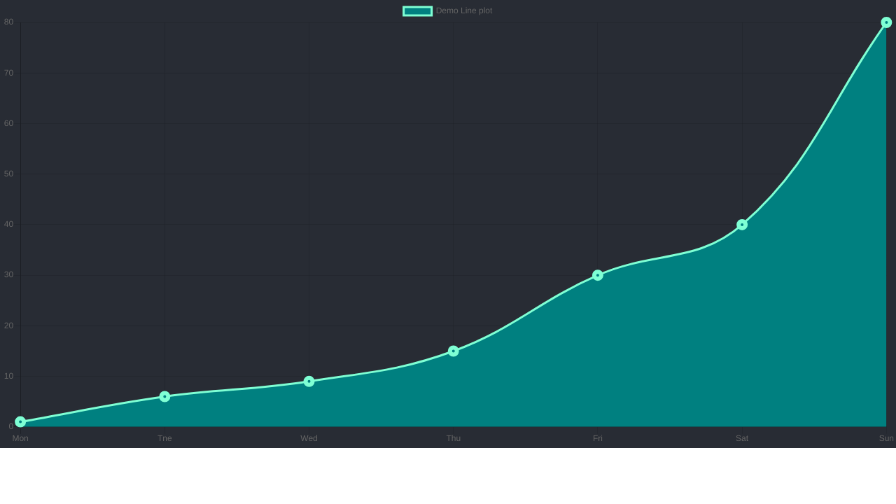
Repository: ShunsukeTanizaki/COVID19-Live
Page: /
The author's editor kept a copy of each file at every save. The page is drawn from the files as they stood at one save, then again after the next save.
The browser window is 1280 px wide. The pictures show the whole page, at 70% of full size.
The project was rebuilt for these pictures with package versions that can differ from the ones it lists, and the page was loaded fresh each time.

Above is the page before, as saved 2020-11-05 23:51:58.

After the next save:
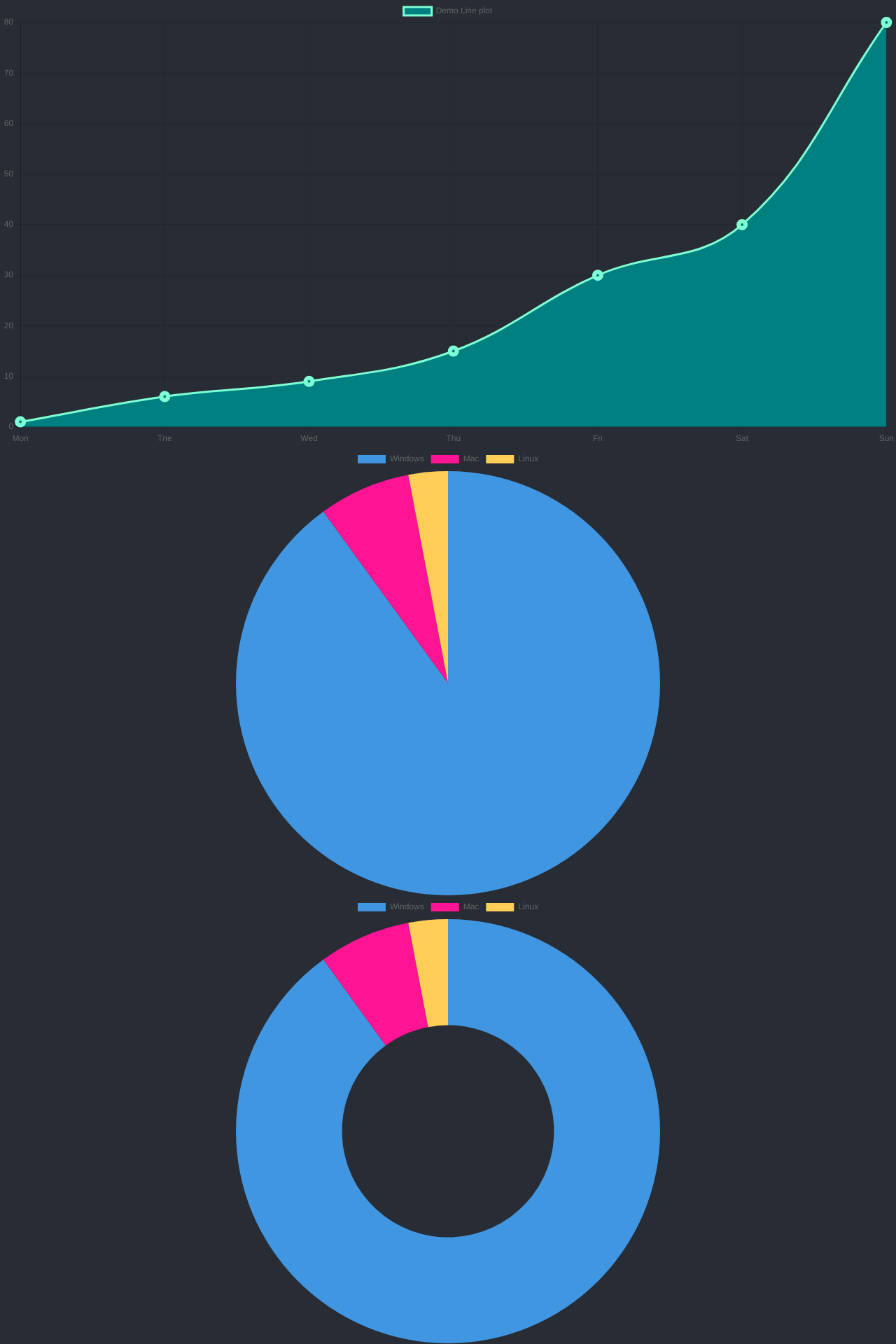
Saved 36 s later.
--- a/src/App.tsx
+++ b/src/App.tsx
@@ -2,11 +2,13 @@ import React from "react";
 import logo from "./logo.svg";
 import "./App.css";
 import LinePlot from "./components/LinePlot";
+import PiePlot from "./components/PiePlot";
 
 function App() {
     return (
         <div className="App">
             <LinePlot />
+            <PiePlot />
         </div>
     );
 }
